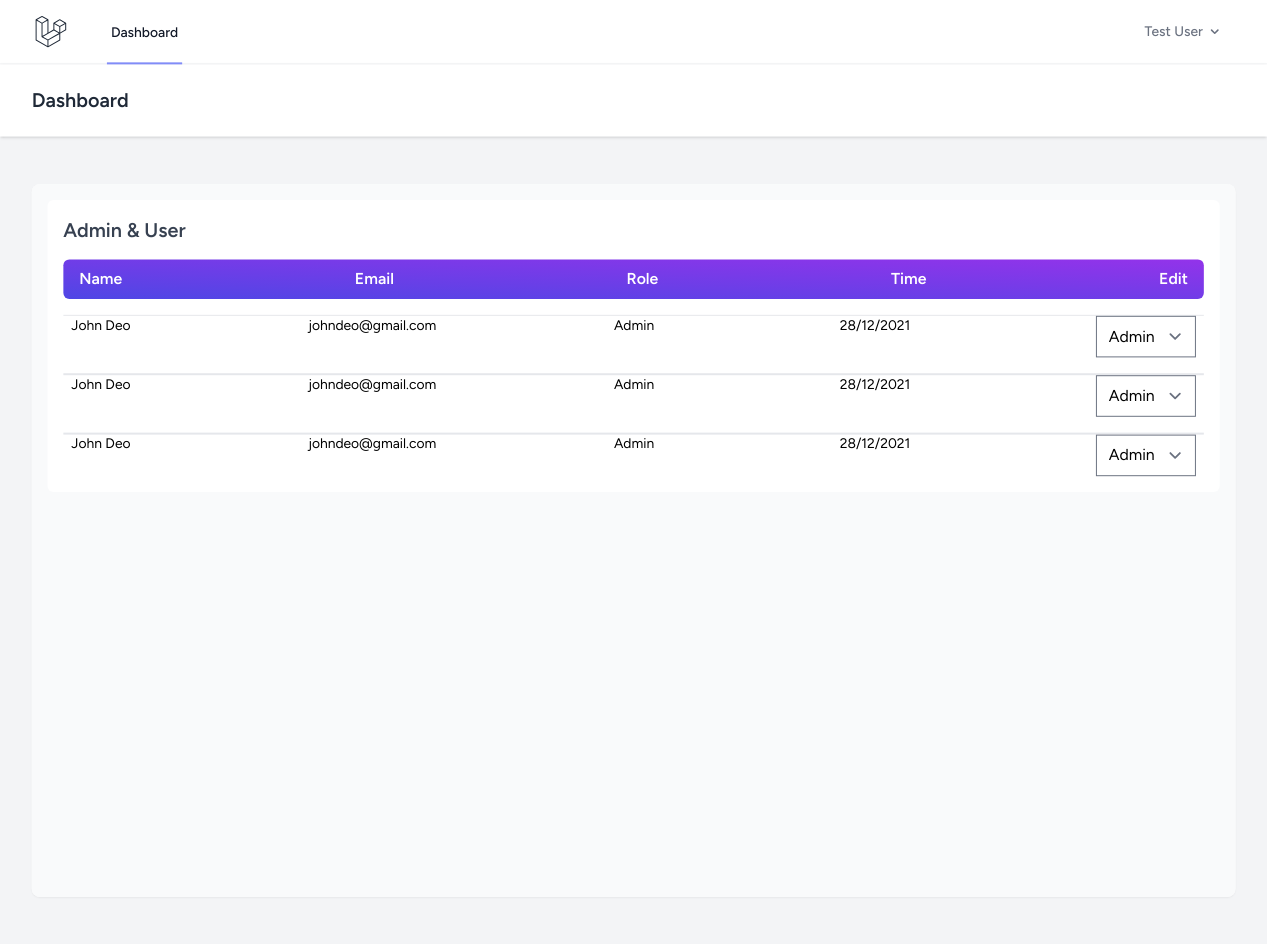
Repository: CrisMorgantee/device-logs
Page: http://localhost/dashboard
The author's editor kept a copy of each file at every save. The page is drawn from the files as they stood at one save, then again after the next save.
The browser window is 1280 px wide. The pictures show the whole page, at 99% of full size.
The page is served by the project's Laravel application, run on PHP 8.4 with Laravel 10. A made-up administrator, Test User (test@example.com), is signed in. Style sheets and scripts are compiled from the project's sources, by tool versions that may differ from the author's.

Above is the page before, as saved 2023-04-14 17:43:17.

After the next save:
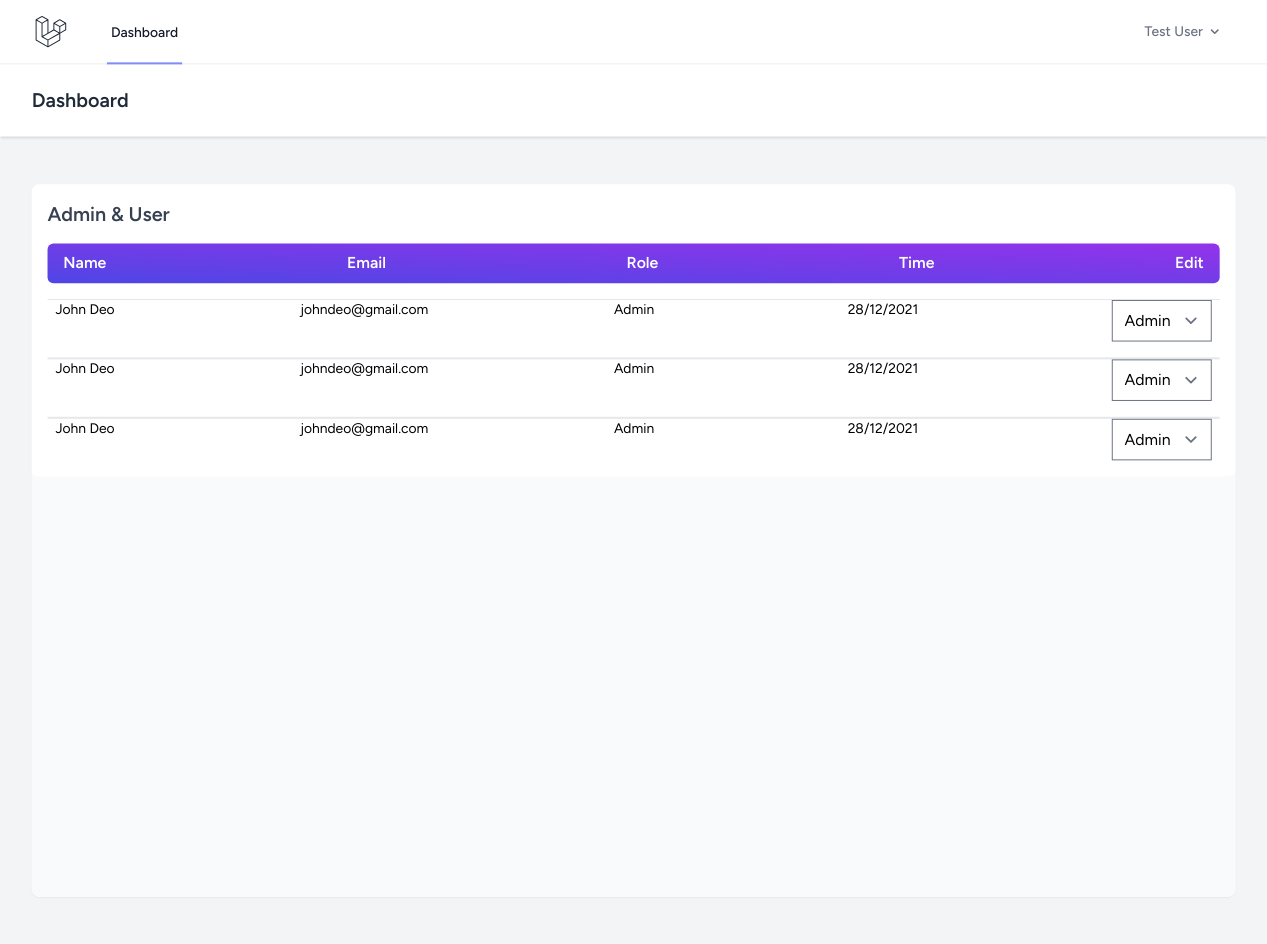
Saved 18 s later.
--- a/resources/views/dashboard.blade.php
+++ b/resources/views/dashboard.blade.php
@@ -13,90 +13,89 @@
         <div class="min-h-screen bg-gray-50">
 
           <div>
-            <div class="p-4">
-              <div class="rounded-md bg-white p-4">
+
+            <div class="rounded-md bg-white p-4">
+              <div>
+                <h2 class="mb-4 text-xl font-bold text-gray-700">Admin & User</h2>
                 <div>
-                  <h2 class="mb-4 text-xl font-bold text-gray-700">Admin & User</h2>
                   <div>
+                    <div
+                      class="text-md flex justify-between rounded-md bg-gradient-to-tr from-indigo-600 to-purple-600 py-2 px-4 font-bold text-white">
+                      <div>
+                        <span>Name</span>
+                      </div>
+                      <div>
+                        <span>Email</span>
+                      </div>
+                      <div>
+                        <span>Role</span>
+                      </div>
+                      <div>
+                        <span>Time</span>
+                      </div>
+                      <div>
+                        <span>Edit</span>
+                      </div>
+                    </div>
                     <div>
-                      <div
-                        class="text-md flex justify-between rounded-md bg-gradient-to-tr from-indigo-600 to-purple-600 py-2 px-4 font-bold text-white">
-                        <div>
-                          <span>Name</span>
+                      <div class="mt-4 flex justify-between space-x-4 border-t text-sm font-normal">
+                        <div class="flex px-2">
+                          <span>John Deo</span>
                         </div>
                         <div>
-                          <span>Email</span>
+                          <span>johndeo@gmail.com</span>
+                        </div>
+                        <div class="px-2">
+                          <span>Admin</span>
+                        </div>
+                        <div class="px-2">
+                          <span>28/12/2021</span>
+                        </div>
+                        <div class="px-2">
+                          <select>
+                            <option>Admin</option>
+                            <option>User</option>
+                          </select>
+                        </div>
+                      </div>
+                      <div class="mt-4 flex justify-between space-x-4 border-t-2 text-sm font-normal">
+                        <div class="px-2">
+                          <span>John Deo</span>
                         </div>
                         <div>
-                          <span>Role</span>
+                          <span>johndeo@gmail.com</span>
+                        </div>
+                        <div class="px-2">
+                          <span>Admin</span>
+                        </div>
+                        <div class="px-2">
+                          <span>28/12/2021</span>
+                        </div>
+                        <div class="px-2">
+                          <select>
+                            <option>Admin</option>
+                            <option>User</option>
+                          </select>
+                        </div>
+                      </div>
+                      <div class="mt-4 flex justify-between space-x-4 border-t-2 text-sm font-normal">
+                        <div class="px-2">
+                          <span>John Deo</span>
                         </div>
                         <div>
-                          <span>Time</span>
+                          <span>johndeo@gmail.com</span>
                         </div>
-                        <div>
-                          <span>Edit</span>
+                        <div class="px-2">
+                          <span>Admin</span>
                         </div>
-                      </div>
-                      <div>
-                        <div class="mt-4 flex justify-between space-x-4 border-t text-sm font-normal">
-                          <div class="flex px-2">
-                            <span>John Deo</span>
-                          </div>
-                          <div>
-                            <span>johndeo@gmail.com</span>
-                          </div>
-                          <div class="px-2">
-                            <span>Admin</span>
-                          </div>
-                          <div class="px-2">
-                            <span>28/12/2021</span>
-                          </div>
-                          <div class="px-2">
-                            <select>
-                              <option>Admin</option>
-                              <option>User</option>
-                            </select>
-                          </div>
+                        <div class="px-2">
+                          <span>28/12/2021</span>
                         </div>
-                        <div class="mt-4 flex justify-between space-x-4 border-t-2 text-sm font-normal">
-                          <div class="px-2">
-                            <span>John Deo</span>
-                          </div>
-                          <div>
-                            <span>johndeo@gmail.com</span>
-                          </div>
-                          <div class="px-2">
-                            <span>Admin</span>
-                          </div>
-                          <div class="px-2">
-                            <span>28/12/2021</span>
-                          </div>
-                          <div class="px-2">
-                            <select>
-                              <option>Admin</option>
-                              <option>User</option>
-                            </select>
-                          </div>
-                        </div>
-                        <div class="mt-4 flex justify-between space-x-4 border-t-2 text-sm font-normal">
-                          <div class="px-2">
-                            <span>John Deo</span>
-                          </div>
-                          <div>
-                            <span>johndeo@gmail.com</span>
-                          </div>
-                          <div class="px-2">
-                            <span>Admin</span>
-                          </div>
-                          <div class="px-2">
-                            <span>28/12/2021</span>
-                          </div>
-                          <div class="px-2">
-                            <select>
-                              <option>Admin</option>
-                              <option>User</option>
-                            </select>
-                          </div>
+                        <div class="px-2">
+                          <select>
+                            <option>Admin</option>
+                            <option>User</option>
+                          </select>
                         </div>
                       </div>
                     </div>
@@ -105,6 +104,7 @@
               </div>
             </div>
 
+
           </div>
         </div>
       </div>
